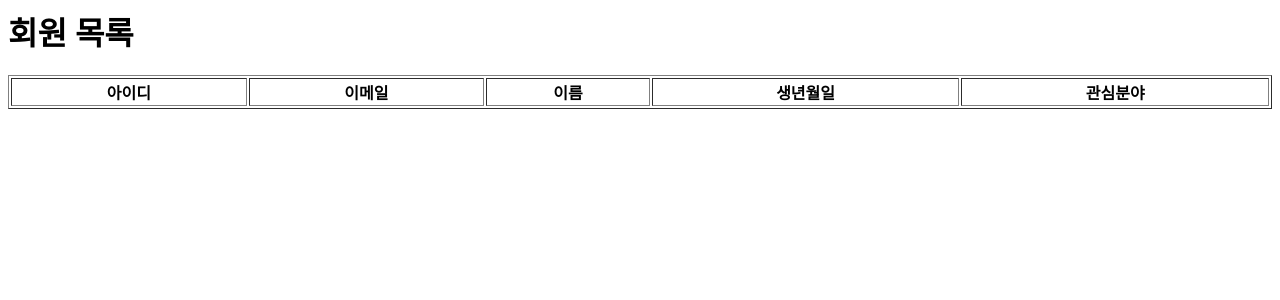
Repository: Pyoggit/JspStudy
Page: http://localhost/jspStudy/memberList
The author's editor kept a copy of each file at every save. The page is drawn from the files as they stood at one save, then again after the next save.
The browser window is 1280 px wide. The pictures show the whole page.
The page is served by Tomcat 9. Queries for data that is not in the repository find no rows.

Above is the page before, as saved 2024-12-03 08:13:02.

After the next save:
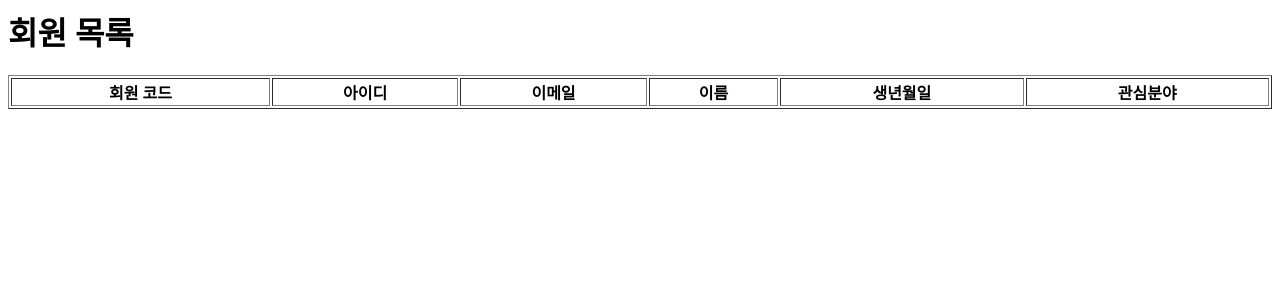
Saved 3 min 32 s later.
--- a/jspStudy/src/main/java/kr/co/dev/member/MemberList.java
+++ b/jspStudy/src/main/java/kr/co/dev/member/MemberList.java
@@ -36,7 +36,7 @@ public class MemberList extends HttpServlet {
         String url = "jdbc:oracle:thin:@127.0.0.1:1521:xe";
         String user = "webuser";
         String password = "123456";
-        String MEMBER_SELECT = "SELECT ID, EMAIL, NAME, BIRTH_DATE, INTERESTS FROM MEMBER";
+        String MEMBER_SELECT = "SELECT NO, ID, EMAIL, NAME, BIRTH_DATE, INTERESTS FROM MEMBER";
 
         try {
             Class.forName("oracle.jdbc.driver.OracleDriver");
@@ -51,6 +51,7 @@ public class MemberList extends HttpServlet {
             out.println("<h1>회원 목록</h1>");
             out.println("<table border='1' style='width: 100%; text-align: center;'>");
             out.println("<tr>");
+            out.println("<th>회원 코드</th>");
             out.println("<th>아이디</th>");
             out.println("<th>이메일</th>");
             out.println("<th>이름</th>");
@@ -60,6 +61,7 @@ public class MemberList extends HttpServlet {
 
             while (rs.next()) {
                 out.println("<tr>");
+                out.println("<td>" + rs.getInt("NO") + "</td>");
                 out.println("<td>" + rs.getString("ID") + "</td>");
                 out.println("<td>" + rs.getString("EMAIL") + "</td>");
                 out.println("<td>" + rs.getString("NAME") + "</td>");
